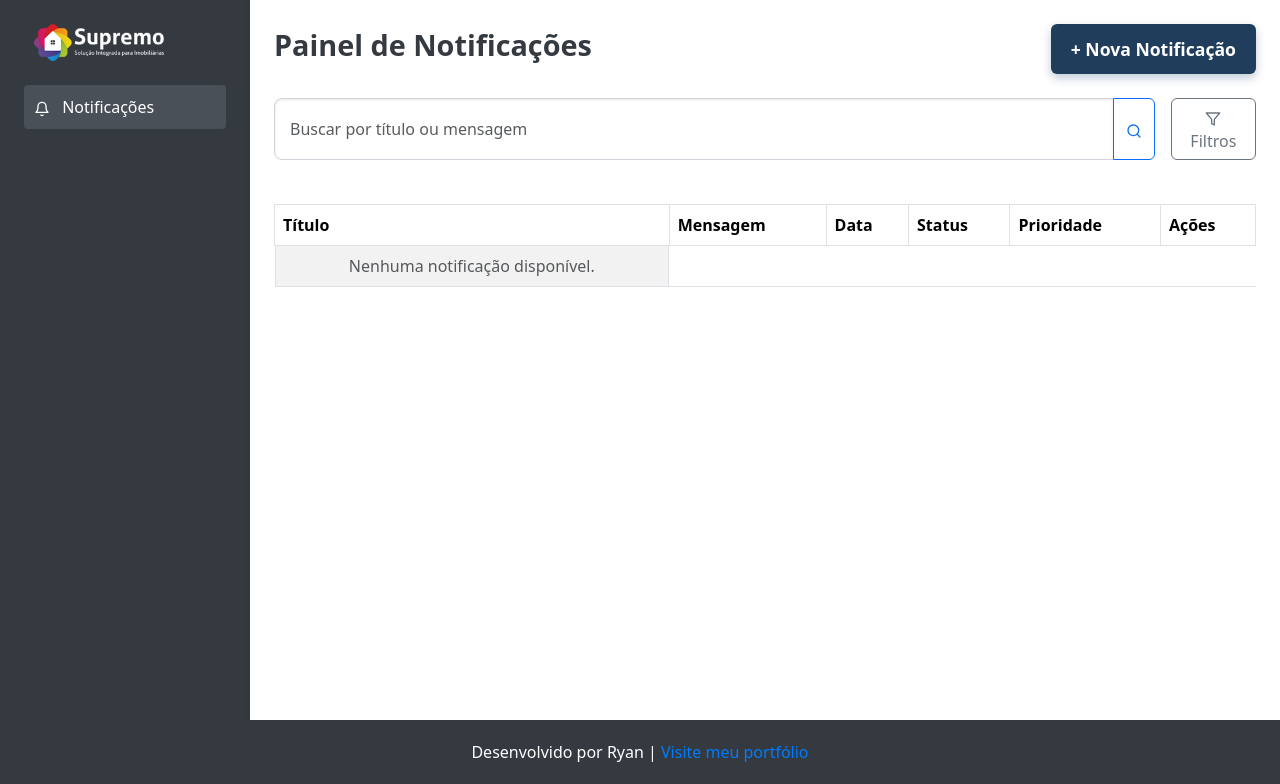
Repository: ryanmarinhodev/Supremo-teste-tecnico
Page: /notifications
These files come from the project's save history. The page is drawn as it stood at one moment and after a run of saves; the edit follows.
The browser window is 1280 px wide. The pictures show the whole page.
The project was rebuilt for these pictures with package versions that can differ from the ones it lists, and the page was loaded fresh each time. Also part of the build but not shown: src/App.css, src/Components/Login/index.jsx.

Above is the page before, as saved 2024-11-07 19:50:17.

### src/App.js
import { BrowserRouter, Routes, Route } from "react-router-dom";
import "./App.css";
import Login from "./Components/Login";
import NotificationsPage from "./Components/Notifications/homeNotification";

const App = () => {
  return (
    <BrowserRouter>
      <Routes>
        <Route path="/" element={<Login />} />
        <Route path="/notifications" element={<NotificationsPage />} />
      </Routes>
    </BrowserRouter>
  );
};

export default App;

### src/Components/Notifications/homeNotification.jsx
import React, { useState } from "react";
import Menu from "./menu";
import Buscar from "./buscar";
import TabelaNotificacoes from "./tabelaNotificacoes";
import ModalNotificacao from "./modalNotificacao";
import Footer from "./footer";
import "./notification.css";
import { Button } from "react-bootstrap";

const HomeNotification = () => {
  const [notifications, setNotifications] = useState([]);
  const [showModal, setShowModal] = useState(false);
  const [search, setSearch] = useState("");
  const [currentNotification, setCurrentNotification] = useState({
    id: null,
    title: "",
    message: "",
    date: "",
    status: "Não Lida",
    priority: "Normal",
  });

  const getCurrentDate = () => {
    const today = new Date();
    return today.toISOString().split("T")[0];
  };

  const openModal = (
    notification = {
      title: "",
      message: "",
      date: getCurrentDate(),
      status: "Não Lida",
      priority: "Normal",
    }
  ) => {
    setCurrentNotification(notification);
    setShowModal(true);
  };

  const closeModal = () => {
    setShowModal(false);
    setCurrentNotification({
      id: null,
      title: "",
      message: "",
      date: getCurrentDate(),
      status: "Não Lida",
      priority: "Normal",
    });
  };

  const handleChange = (e) => {
    const { name, value } = e.target;
    setCurrentNotification((prev) => ({ ...prev, [name]: value }));
  };

  const handleSubmit = () => {
    if (currentNotification.id) {
      setNotifications((prev) =>
        prev.map((notif) =>
          notif.id === currentNotification.id ? currentNotification : notif
        )
      );
    } else {
      setNotifications((prev) => [
        ...prev,
        { ...currentNotification, id: Date.now() },
      ]);
    }
    closeModal();
  };

  const handleDelete = (id) => {
    setNotifications((prev) => prev.filter((notif) => notif.id !== id));
  };

  const markAsRead = (id) => {
    setNotifications((prev) =>
      prev.map((notif) =>
        notif.id === id ? { ...notif, status: "Lida" } : notif
      )
    );
  };

  const filteredNotifications = notifications.filter(
    (notif) =>
      notif.title.toLowerCase().includes(search.toLowerCase()) ||
      notif.message.toLowerCase().includes(search.toLowerCase())
  );
  return (
    <>
      <div className="dashboard-container d-flex">
        <Menu />
        <div className="content flex-grow-1 p-4">
          <header className="d-flex justify-content-between align-items-center mb-4">
            <h2 className="page-title">Painel de Notificações</h2>
            <Button variant="primary" onClick={() => openModal()}>
              + Nova Notificação
            </Button>
          </header>

          <Buscar search={search} setSearch={setSearch} />

          <TabelaNotificacoes
            notifications={filteredNotifications}
            openModal={openModal}
            handleDelete={handleDelete}
            markAsRead={markAsRead}
          />

          <ModalNotificacao
            showModal={showModal}
            closeModal={closeModal}
            currentNotification={currentNotification}
            handleChange={handleChange}
            handleSubmit={handleSubmit}
          />
        </div>
      </div>
      <Footer />
    </>
  );
};

export default HomeNotification;

### src/Components/Login/styles.css
:root {
    --primary-color: #203d5c;
    --secondary-color: #adb5bd;
    --hover-color: #182533;
    --background-overlay: rgba(0, 0, 0, 0.4);
    --box-shadow: 0 4px 10px rgba(47, 84, 122, 0.3);
}

.login-container {
    background: url('https://wallpapers.com/images/hd/4k-architecture-yellow-glass-building-6d7nbmyltxlyxxv8.jpg') no-repeat center center;
    background-size: cover;
    min-height: 100vh;
    padding: 20px;
    display: flex;
    align-items: center;
    justify-content: center;
    position: relative;
}

.login-container::before {
    content: '';
    position: absolute;
    top: 0;
    left: 0;
    right: 0;
    bottom: 0;
    background: var(--background-overlay);
    z-index: 1;
}

.login-card {
    width: 100%;
    max-width: 600px;
    background-color: #ffff;
    border-radius: 12px;
    box-shadow: var(--box-shadow);
    border: 1px solid rgba(0, 0, 0, 0.05);
    transition: transform 0.3s ease, box-shadow 0.3s ease;
    position: relative;
    z-index: 2;
    padding: 40px;
    animation: fadeIn 0.6s ease;
    align-items: center;
    text-align: center;
}

.login-card:hover {
    transform: translateY(-5px);
    box-shadow: 0 15px 40px rgba(0, 0, 0, 0.3);
}


.logo {
    width: 100px;
    height: auto;
    margin-bottom: 20px;
}

.text-center {
    display: flex;
    flex-direction: column;
    align-items: center;
}

.login-title {
    font-size: 2rem;
    font-weight: 700;
    color: #000;
    margin-top: 10px;
    margin-bottom: 10px;
    font-family: 'Poppins', sans-serif;
}

.title-underline {
    width: 60px;
    height: 4px;
    background-color: #495f75;
    margin: 0 auto 20px auto;
    border-radius: 2px;
}

.subtitle {
    font-size: 1rem;
    color: #e0e0e0;
    text-align: center;
    margin-bottom: 30px;
    font-weight: 400;
}


.form-control {
    border-radius: 8px;
    padding: 15px;
    font-size: 1rem;
    border: 1px solid #ced4da;
    box-shadow: inset 0 1px 3px rgba(0, 0, 0, 0.1);
    transition: border-color 0.3s ease, box-shadow 0.3s ease;
}

.form-control:focus {
    border-color: var(--primary-color);
    box-shadow: 0 0 0 0.2rem rgba(89, 124, 161, 0.25);
}

/* Botão de login com estilo profissional */
.btn-primary {
    background-color: var(--primary-color);
    border: none;
    font-size: 1.1rem;
    font-weight: 600;
    padding: 12px 20px;
    border-radius: 6px;
    transition: background-color 0.3s ease, transform 0.2s ease;
    box-shadow: var(--box-shadow);
}

.btn-primary:hover {
    background-color: var(--hover-color);
    transform: scale(1.03);
}

/* Link "Esqueci a senha" com estilo sutil */
.text-secondary {
    color: var(--secondary-color) !important;
    font-size: 0.9rem;
}

.text-secondary:hover {
    color: #000 !important;
    text-decoration: underline;
}

/* Altera a cor de fundo e da borda do checkbox quando marcado */
.form-check-input:checked {
    background-color: var(--hover-color);
    border-color: var(--secondary-color);
}

.form-check-input:focus {
    box-shadow: none;
}

/* Efeito de transição suave ao aparecer o card */
@keyframes fadeIn {
    from {
        opacity: 0;
        transform: scale(0.9);
    }
    to {
        opacity: 1;
        transform: scale(1);
    }
}

@media (max-width: 768px) {
    .login-card {
        max-width: 90%;
        padding: 20px;
        border-radius: 8px;
    }

    .login-title {
        font-size: 1.5rem;
    }

    .subtitle {
        font-size: 0.9rem;
    }

    .logo {
        width: 80px;
    }

    .form-control {
        padding: 10px;
        font-size: 0.9rem;
    }

    .btn-primary {
        font-size: 1rem;
        padding: 10px;
    }

    .title-underline {
        width: 50px;
        height: 3px;
    }
}

### src/Components/Notifications/menu.jsx
import React from "react";
import { FiBell } from "react-icons/fi";
import Logo from "../../assets/logo-supremo-branco.png";

const Sidebar = () => (
  <aside className="sidebar p-4">
    <img src={Logo} alt="Logotipo Supremo" className="logo" />
    <ul className="nav flex-column mt-4">
      <li className="nav-item mb-2">
        <a href="/notifications" className="nav-link active">
          <FiBell className="me-2" /> Notificações
        </a>
      </li>
    </ul>
  </aside>
);

export default Sidebar;

### src/Components/Notifications/buscar.jsx
import React from "react";
import { InputGroup, FormControl, Button } from "react-bootstrap";
import { FiSearch, FiFilter } from "react-icons/fi";

const BarraBusca = ({ search, setSearch }) => (
  <div className="d-flex mb-4">
    <InputGroup className="me-2">
      <FormControl
        placeholder="Buscar por título ou mensagem"
        value={search}
        onChange={(e) => setSearch(e.target.value)}
      />
      <Button variant="outline-primary">
        <FiSearch />
      </Button>
    </InputGroup>
    <Button variant="outline-secondary" className="ms-2">
      <FiFilter /> Filtros
    </Button>
  </div>
);

export default BarraBusca;

### src/Components/Notifications/tabelaNotificacoes.jsx
import React from "react";
import { Table, Button, Badge } from "react-bootstrap";
import { FiEdit, FiTrash2, FiCheckCircle } from "react-icons/fi";

const TabelaNotificacoes = ({
  notifications,
  openModal,
  handleDelete,
  markAsRead,
}) => (
  <Table striped bordered hover responsive>
    <thead>
      <tr>
        <th>Título</th>
        <th>Mensagem</th>
        <th>Data</th>
        <th>Status</th>
        <th>Prioridade</th>
        <th>Ações</th>
      </tr>
    </thead>
    <tbody>
      {notifications.length > 0 ? (
        notifications.map((notification) => (
          <tr key={notification.id}>
            <td>{notification.title}</td>
            <td>{notification.message}</td>
            <td>{notification.date}</td>
            <td>
              <Badge
                bg={notification.status === "Não Lida" ? "warning" : "success"}
              >
                {notification.status}
              </Badge>
            </td>
            <td>
              <Badge bg={notification.priority === "Alta" ? "danger" : "info"}>
                {notification.priority}
              </Badge>
            </td>
            <td>
              <Button
                variant="outline-secondary"
                size="sm"
                className="me-2"
                onClick={() => openModal(notification)}
              >
                <FiEdit /> Editar
              </Button>
              <Button
                variant="outline-danger"
                size="sm"
                onClick={() => handleDelete(notification.id)}
              >
                <FiTrash2 /> Excluir
              </Button>
              {notification.status === "Não Lida" && (
                <Button
                  variant="outline-success"
                  size="sm"
                  className="ms-2"
                  onClick={() => markAsRead(notification.id)}
                >
                  <FiCheckCircle /> Marcar como Lida
                </Button>
              )}
            </td>
          </tr>
        ))
      ) : (
        <tr>
          <td colSpan="6" className="text-center text-muted">
            Nenhuma notificação disponível.
          </td>
        </tr>
      )}
    </tbody>
  </Table>
);

export default TabelaNotificacoes;

### src/Components/Notifications/modalNotificacao.jsx
import React from "react";
import { Modal, Button, Form } from "react-bootstrap";

const ModalNotificacao = ({
  showModal,
  closeModal,
  currentNotification,
  handleChange,
  handleSubmit,
}) => {
  return (
    <Modal show={showModal} onHide={closeModal}>
      <Modal.Header closeButton>
        <Modal.Title>
          {currentNotification.id
            ? "Editar Notificação"
            : "Cadastrar Notificação"}
        </Modal.Title>
      </Modal.Header>
      <Modal.Body>
        <Form>
          <Form.Group className="mb-3">
            <Form.Label>Título</Form.Label>
            <Form.Control
              type="text"
              placeholder="Título da Notificação"
              name="title"
              value={currentNotification.title}
              onChange={handleChange}
            />
          </Form.Group>
          <Form.Group className="mb-3">
            <Form.Label>Mensagem</Form.Label>
            <Form.Control
              as="textarea"
              rows={3}
              placeholder="Mensagem da Notificação"
              name="message"
              value={currentNotification.message}
              onChange={handleChange}
            />
          </Form.Group>
          <Form.Group className="mb-3">
            <Form.Label>Data de Envio</Form.Label>
            <Form.Control
              type="date"
              name="date"
              value={currentNotification.date}
              onChange={handleChange}
            />
          </Form.Group>
          <Form.Group className="mb-3">
            <Form.Label>Prioridade</Form.Label>
            <Form.Select
              name="priority"
              value={currentNotification.priority}
              onChange={handleChange}
            >
              <option value="Normal">Normal</option>
              <option value="Alta">Alta</option>
            </Form.Select>
          </Form.Group>
        </Form>
      </Modal.Body>
      <Modal.Footer>
        <Button variant="secondary" onClick={closeModal}>
          Cancelar
        </Button>
        <Button variant="primary" onClick={handleSubmit}>
          {currentNotification.id ? "Salvar Alterações" : "Cadastrar"}
        </Button>
      </Modal.Footer>
    </Modal>
  );
};

export default ModalNotificacao;

### src/Components/Notifications/footer.jsx
import React from "react";
import "./notification.css"; // Certifique-se de criar este arquivo para estilos

const Footer = () => {
  const portfolioLink = "https://portfolio-ryann.netlify.app/";

  return (
    <footer className="footer">
      <div className="footer-content">
        <p>
          Desenvolvido por Ryan |{" "}
          <a href={portfolioLink} target="_blank" rel="noopener noreferrer">
            Visite meu portfólio
          </a>
        </p>
      </div>
    </footer>
  );
};

export default Footer;

### src/Components/Notifications/notification.css
.dashboard-container {
    display: flex;
    min-height: 100vh;
    background-color: #f8f9fa;
  }

  .sidebar {
    width: 250px;
    background-color: #343a40;
    color: #fff;
    height: 100vh;
  }

.logo {
    width: 130px;
    display: flex;
    margin-left: 10px;
}

  .sidebar h4 {
    font-size: 1.4rem;
    font-weight: bold;
    color: #fff;
  }

  .sidebar .nav-link {
    color: #ced4da;
    padding: 10px;
    font-weight: 500;
  }

  .sidebar .nav-link:hover,
  .sidebar .nav-link.active {
    background-color: #495057;
    color: #fff;
    border-radius: 4px;
  }

  .content {
    flex-grow: 1;
    padding: 20px 40px;
    background-color: #ffffff;
    box-shadow: 0px 0px 10px rgba(0, 0, 0, 0.1);
  }

  .page-title {
    font-size: 1.8rem;
    font-weight: bold;
    color: #343a40;
  }

  .table {
    margin-top: 20px;
  }

  button {
    transition: background-color 0.3s ease, box-shadow 0.2s ease;
  }

  button:hover {
    box-shadow: 0px 4px 8px rgba(0, 0, 0, 0.15);
  }


  /* Responsividade: Oculta a sidebar e ajusta o conteúdo em telas menores */
@media (max-width: 768px) {
  .sidebar {
    width: 100%;
    height: auto;
    transform: translateX(-100%);
    position: absolute;
    top: 0;
    left: 0;
  }

  .sidebar.active {
    transform: translateX(0);
  }

  .content {
    margin-left: 0;
    padding: 20px;
  }
}

/* Botão de alternância da sidebar */
.sidebar-toggle {
  display: none;
}

@media (max-width: 768px) {
  .sidebar-toggle {
    display: block;
    background-color: #343a40;
    color: #fff;
    position: fixed;
    top: 10px;
    left: 10px;
    z-index: 1100;
  }
}

.page-title {
  font-size: 1.8rem;
  font-weight: bold;
  color: #343a40;
}

/* Ajuste da fonte do título em telas pequenas */
@media (max-width: 768px) {
  .page-title {
    font-size: 1.5rem;
  }
}

/* Barra de busca e botão */
.button-container {
  display: flex;
  justify-content: space-between;
  align-items: center;
  margin-bottom: 20px;
}

/* Estilo para a tabela */
.table {
  margin-top: 20px;
}

button {
  transition: background-color 0.3s ease, box-shadow 0.2s ease;
}

button:hover {
  box-shadow: 0px 4px 8px rgba(0, 0, 0, 0.15);
}


@media (max-width: 768px) {
    .sidebar {
      width: 100%;
      height: auto;
      transform: translateX(-100%);
      position: absolute;
      top: 0;
      left: 0;
    }

    .sidebar.active {
      transform: translateX(0);
    }

    .content {
      margin-left: 0;
      padding: 20px;
    }
  }

  .sidebar-toggle {
    display: none;
  }

  @media (max-width: 768px) {
    .sidebar-toggle {
      display: block;
      background-color: #343a40;
      color: #fff;
      position: fixed;
      top: 10px;
      left: 10px;
      z-index: 1100;
    }
  }

  .page-title {
    font-size: 1.8rem;
    font-weight: bold;
    color: #343a40;
  }

  @media (max-width: 768px) {
    .page-title {
      font-size: 1.5rem;
    }
  }

  .button-container {
    display: flex;
    justify-content: space-between;
    align-items: center;
    margin-bottom: 20px;
  }

  /* Estilo para a tabela */
  .table {
    margin-top: 20px;
  }

  button {
    transition: background-color 0.3s ease, box-shadow 0.2s ease;
  }

  button:hover {
    box-shadow: 0px 4px 8px rgba(0, 0, 0, 0.15);
  }

  .footer {
    background-color: #343a40; /* Cor de fundo escura */
    color: white; /* Texto branco */
    text-align: center; /* Centraliza o texto */
    padding: 20px 0; /* Espaçamento em cima e embaixo */
    position: relative; /* Para posicionamento */
    bottom: 0; /* Fica fixo na parte inferior da página */
    width: 100%; /* Largura total */
  }

  .footer-content p {
    margin: 0; /* Remove margem padrão */
  }

  .footer-content a {
    color: #007bff; /* Cor do link */
    text-decoration: none; /* Remove sublinhado */
  }

  .footer-content a:hover {
    text-decoration: underline; /* Sublinha o link ao passar o mouse */
  }

Loaded but not shown: public/index.html (common file); src/index.js (common file); src/index.css (common file); src/reportWebVitals.js (common file)

After the next 4 saves:
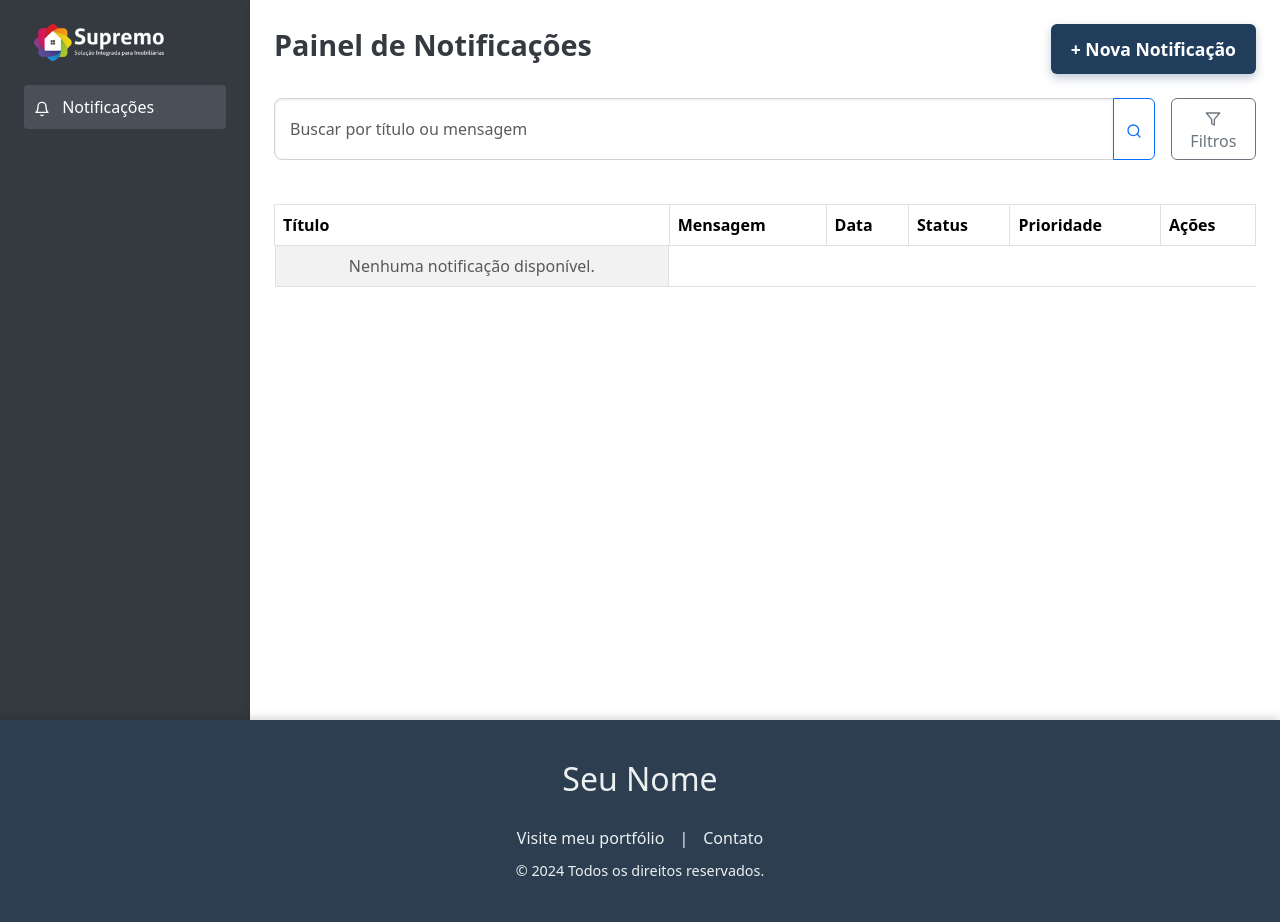
The 4 saves are shown as one change because 3 did not build or start.
The last was saved 2 min 15 s later.
--- a/src/Components/Notifications/footer.jsx
+++ b/src/Components/Notifications/footer.jsx
@@ -1,17 +1,25 @@
 import React from "react";
-import "./notification.css"; // Certifique-se de criar este arquivo para estilos
+import "./notification.css"; // Certifique-se de criar ou atualizar este arquivo para os novos estilos
 
 const Footer = () => {
-  const portfolioLink = "https://portfolio-ryann.netlify.app/";
+  const portfolioLink = "https://portfolio-ryann.netlify.app/"; // Substitua pelo seu link de portfólio
 
   return (
     <footer className="footer">
       <div className="footer-content">
-        <p>
-          Desenvolvido por Ryan |{" "}
+        <div className="footer-logo">
+          <h2>Seu Nome</h2> {/* Coloque seu nome ou o nome do seu portfólio */}
+        </div>
+        <nav className="footer-nav">
           <a href={portfolioLink} target="_blank" rel="noopener noreferrer">
             Visite meu portfólio
           </a>
+          <span>|</span>
+          <a href="/contato">Contato</a>{" "}
+          {/* Adicione mais links conforme necessário */}
+        </nav>
+        <p className="footer-copy">
+          &copy; {new Date().getFullYear()} Todos os direitos reservados.
         </p>
       </div>
     </footer>
--- a/src/Components/Notifications/notification.css
+++ b/src/Components/Notifications/notification.css
@@ -204,24 +204,46 @@ button:hover {
   }
 
   .footer {
-    background-color: #343a40; /* Cor de fundo escura */
-    color: white; /* Texto branco */
+    background-color: #2c3e50; /* Cor de fundo escura e elegante */
+    color: #ecf0f1; /* Texto em cor clara para bom contraste */
     text-align: center; /* Centraliza o texto */
-    padding: 20px 0; /* Espaçamento em cima e embaixo */
+    padding: 40px 20px; /* Espaçamento em cima e embaixo */
     position: relative; /* Para posicionamento */
     bottom: 0; /* Fica fixo na parte inferior da página */
     width: 100%; /* Largura total */
-  }
-
-  .footer-content p {
-    margin: 0; /* Remove margem padrão */
-  }
-
-  .footer-content a {
-    color: #007bff; /* Cor do link */
+    box-shadow: 0 -1px 10px rgba(0, 0, 0, 0.2); /* Sombra sutil */
+  }
+
+  .footer-content {
+    max-width: 1200px; /* Limita a largura do conteúdo */
+    margin: auto; /* Centraliza o conteúdo */
+    display: flex; /* Usa Flexbox para layout */
+    flex-direction: column; /* Coloca os itens em coluna */
+    align-items: center; /* Centraliza os itens horizontalmente */
+  }
+
+  .footer-logo {
+    font-size: 1.5em; /* Tamanho da fonte do logo */
+    font-weight: bold; /* Negrito para destaque */
+    margin-bottom: 20px; /* Espaçamento abaixo do logo */
+  }
+
+  .footer-nav {
+    margin-bottom: 10px; /* Espaçamento abaixo da nav */
+  }
+
+  .footer-nav a {
+    color: #ecf0f1; /* Cor dos links */
     text-decoration: none; /* Remove sublinhado */
-  }
-
-  .footer-content a:hover {
-    text-decoration: underline; /* Sublinha o link ao passar o mouse */
-  }
+    margin: 0 15px; /* Espaçamento entre os links */
+    transition: color 0.3s; /* Efeito de transição suave */
+  }
+
+  .footer-nav a:hover {
+    color: #3498db; /* Cor ao passar o mouse */
+  }
+
+  .footer-copy {
+    font-size: 0.9em; /* Tamanho da fonte menor para copyright */
+    margin: 0; /* Remove margens */
+  }
